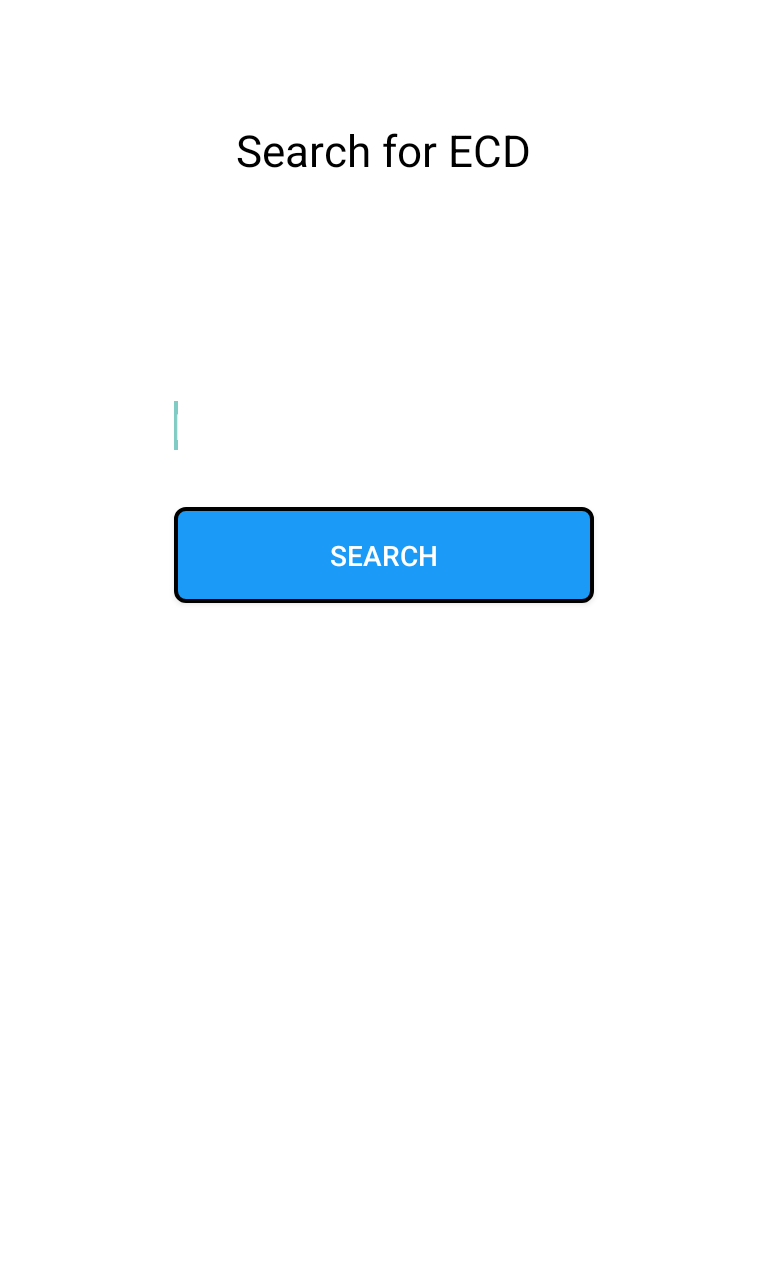
Repository: Team-7/prototype.6
Layout: workspace/Hope World Wide/res/layout/select.xml
An editor plug-in stored every save of this project. The layout is shown before and after the next save, followed by the edit.
It is drawn on a 768 x 1280 px phone screen (xhdpi) without system bars, with theme AppTheme; the app's code is not run.

Above is the layout before, as saved 2014-05-29 11:39:40.

After the next save:
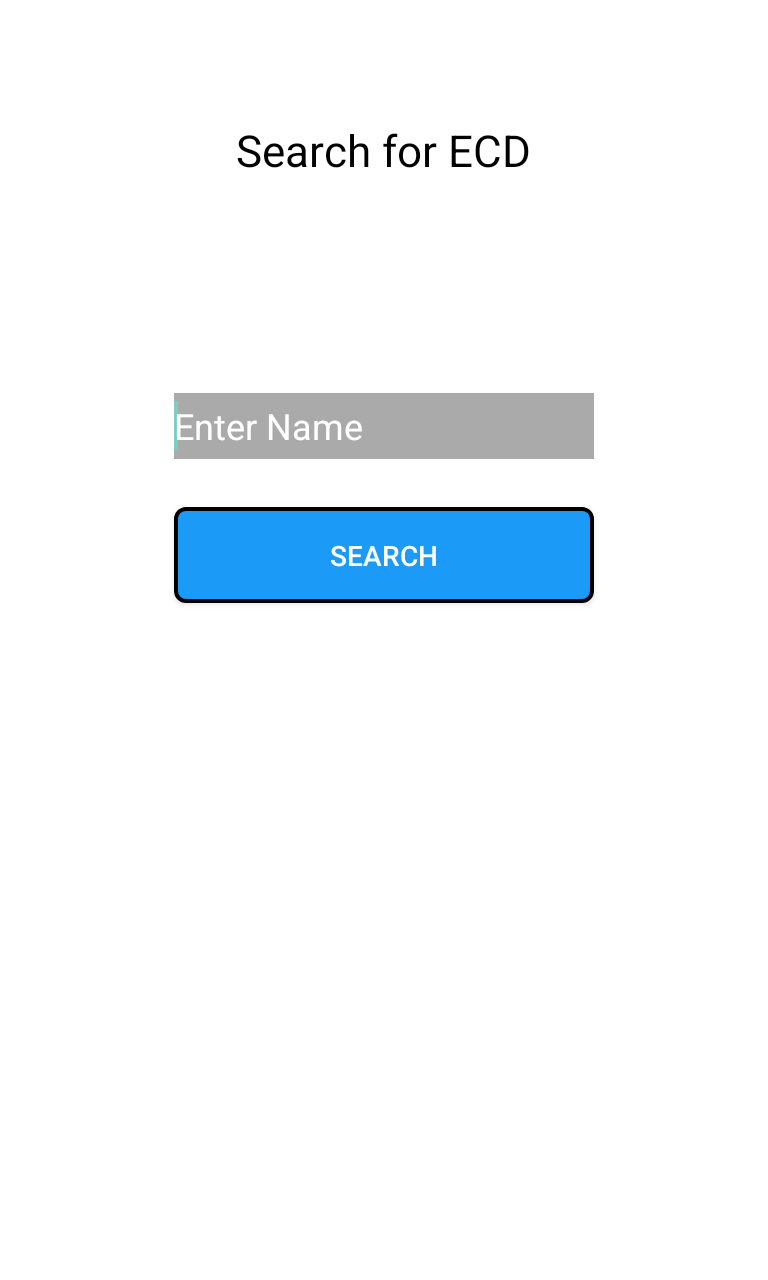
Saved 2 min 27 s later.
--- a/workspace/Hope World Wide/res/layout/select.xml
+++ b/workspace/Hope World Wide/res/layout/select.xml
@@ -45,11 +45,12 @@
         android:layout_below="@+id/textView1"
         android:layout_centerHorizontal="true"
         android:layout_marginTop="107dp"
-        android:background="@null"
+        android:background="@android:color/darker_gray"
         android:ems="10"
         android:hint="@string/search"
         android:inputType="text"
-        android:textColor="#000000" >
+        android:textColor="#000000"
+        android:textColorHint="@android:color/background_light" >
 
         <requestFocus />
     </AutoCompleteTextView>
